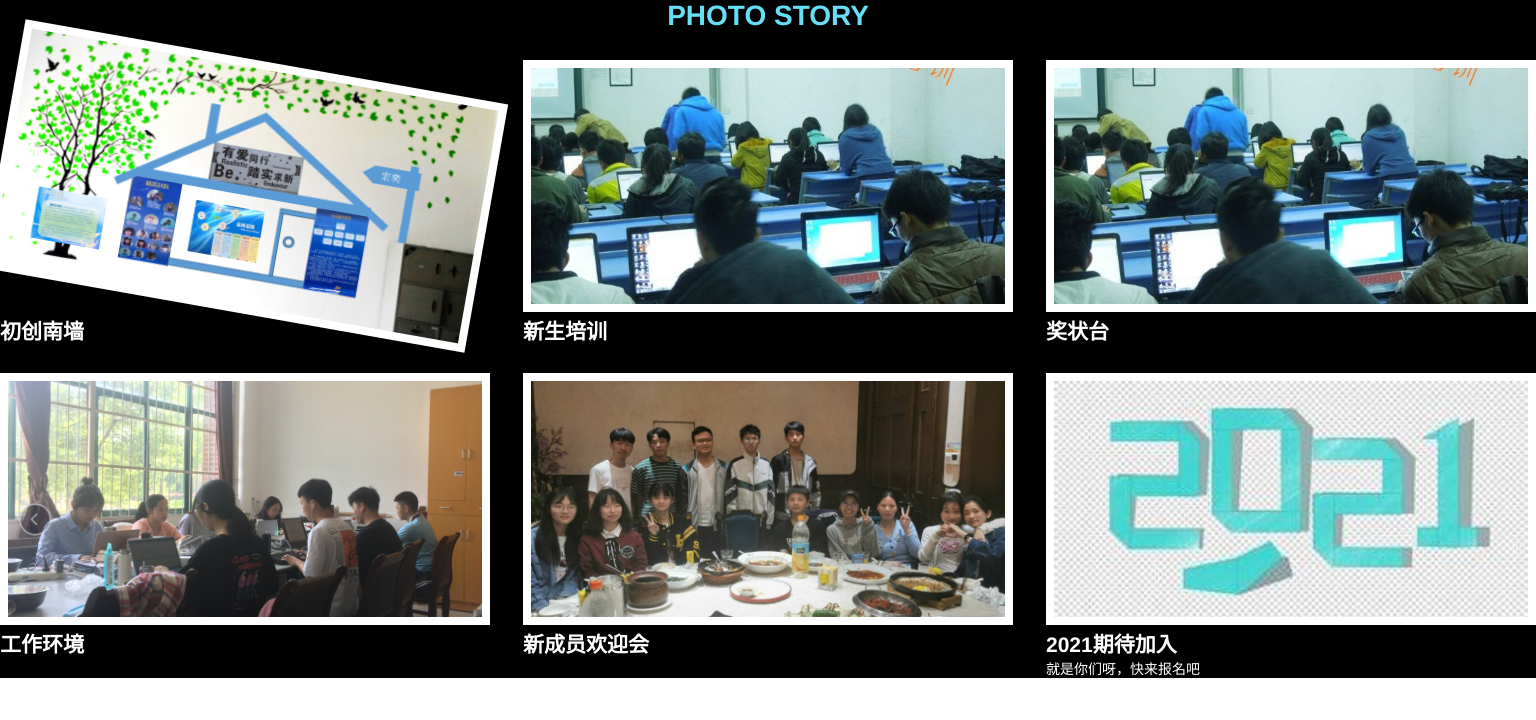
Repository: Homyit20/website
Page: /#/photo
These files come from the project's save history. The page is drawn as it stood at one moment and after the next save; the edit follows.
The browser window is 1536 px wide. The pictures show the whole page.
The project was rebuilt for these pictures with package versions that can differ from the ones it lists, and the page was loaded fresh each time. Also part of the build but not shown: vue.config.js.

Above is the page before, as saved 2021-08-10 15:33:57.

### public/index.html
<!DOCTYPE html>
<html lang="">
  <head>
    <meta charset="utf-8">
    <meta http-equiv="X-UA-Compatible" content="IE=edge">
    <meta name="viewport" content="width=device-width,initial-scale=1.0">
    <link rel="icon" href="<%= BASE_URL %>favicon.ico">
    <!-- <title><%= htmlWebpackPlugin.options.title %></title> -->
    <title><%= htmlWebpackPlugin.options.title %></title>
    <style>
      *{
        cursor: url("火箭.ico"),auto;
      }
      .body{
        overflow-x: hidden;
      }
    </style>
  </head>
  <body class="body">
    <noscript>
      <strong>We're sorry but <%= htmlWebpackPlugin.options.title %> doesn't work properly without JavaScript enabled. Please enable it to continue.</strong>
    </noscript>
    <div id="app"></div>
    <!-- built files will be auto injected -->
  </body>
</html>

### src/main.js
import Vue from 'vue'
import App from './App.vue'
import router from './router'
import store from './store'
// import VueCookies from 'vue-cookies'
// import axios from 'axios'
// import VueAxios from 'vue-axios'
import 'animate.css/animate.min.css'
// Vue.use(VueCookies)
// Vue.use(VueAxios, axios);

Vue.config.productionTip = false

new Vue({
  router,
  store,
  render: h => h(App),
}).$mount('#app')

//报名成功或者已报名才可进入二维码页面
router.beforeEach((to, from, next) => {
  //路由导航
  if (to.meta.islogin) {

    if (store.state.success == 1) {
      next()
    } else {
      next({
        path: from.path
      })
    }
  } else {

    if (to.meta.islogin) {
      if (store.state.success == 1) {
        next()
      } else {
        next({
          path: from.path
        })
      }
    } else {
      next()
    }
  }
})
window.onload = function(){
  document.title = "HOMYIT STUDIO"
}

### src/App.vue
<template>
  <div id="app">
    <router-view></router-view>
  </div>
</template>

<script>
// import NavBar from "./components/enter/enter.vue"
export default {
  name: "App"
};
</script>

<style>
* {
  margin: 0;
  padding: 0;
  box-sizing: border-box;
}
html {
  font-size: 14px;
}
#app {
  font-family: Avenir, Helvetica, Arial, sans-serif;
}
</style>

### src/router/index.js
import Vue from 'vue'
import VueRouter from 'vue-router'

Vue.use(VueRouter);

const routes = [
    {
        path: '/',
        redirect: '/enter',
        meta : {
            title : 'enter'
        }
    },
    {
        path: '/technique',
        component: () => import('../views/technique.vue'),
        meta : {
            title : 'technique'
        }
    },
    {
        path: '/develop',
        component: () => import('../views/develop.vue'),
        meta : {
            title : 'develop'
        }
    },
    {
        path: '/enter',
        component: () => import('../views/enter.vue'),
        meta : {
            title : 'enter'
        }
    },
    {
        path: '/login',
        component: () => import('../views/login.vue'),
        redirect: '/login/loginform',
        children: [{
            path: '/login/loginform',
            component: () => import('../components/content/loginform.vue'),
            meta : {
                title : 'login'
            }
        },
        {
            path: '/login/contact',
            component: () => import('../components/content/contact.vue'),
            meta: {
                islogin: true,
                title : 'contact'
            }
        }
        ]
    },
    {
        path: '/home',
        component: () => import('../views/Home.vue'),
        meta : {
            title : 'home'
        }
    }, {
        path: '/background',
        component: () => import('../views/background.vue'),
        meta : {
            title : 'background'
        }
    },
    {
        path : '/photo',
        component : () => import('../views/photo.vue')
    }
]

const router = new VueRouter({
    routes
})

export default router;

### src/store/index.js
import Vue from 'vue'
import Vuex from 'vuex'

Vue.use(Vuex)

const store = new Vuex.Store({
    state : {
        success : 0,
        isnav : false
    },
    mutations : {
        judge(state){
            state.success = 1
        }
    }
})

export default store;

### src/views/photo.vue
<template>
  <div class="photos-back">
    <h1>PHOTO STORY</h1>
    <div class="photo-content">
      <div class="photo-content-img">
        <img src="../assets/techlogin/images/南墙.png" class="photo-animate-one our-photo" @click="changephoto(0)">
        <h2>初创南墙</h2>
        <p></p>
      </div>
      <div class="photo-content-img">
        <img src="../assets/techlogin/images/新生培训.jpg" class="our-photo" @click="changephoto(1)">
        <h2>新生培训</h2>
        <p></p>
      </div>
      <div class="photo-content-img">
        <img src="../assets/techlogin/images/新生培训.jpg" class="our-photo" @click="changephoto(2)">
        <h2>奖状台</h2>
        <p></p>
      </div>
      <div class="photo-content-img">
        <img src="../assets/techlogin/images/工作环境.png" class="our-photo" @click="changephoto(3)">
        <h2>工作环境</h2>
        <p></p>
      </div>
      <div class="photo-content-img">
        <img src="../assets/techlogin/images/2020.jpg" class="our-photo" @click="changephoto(4)">
        <h2>新成员欢迎会</h2>
        <p></p>
      </div>
      <div class="photo-content-img">
        <img src="../assets/techlogin/images/2021.jpg" @click="phototojoin()">
        <h2>2021期待加入</h2>
        <p>就是你们呀，快来报名吧</p>
      </div>
    </div>
  </div>
</template>

<script>
  let photobefore = 0;
  export default {
    name : 'photo',
    methods:{
      changephoto(value){
        let ourphoto = document.getElementsByClassName('our-photo');
        ourphoto[0].classList.remove('photo-animate-one');
        ourphoto[photobefore].classList.remove('photo-animate-one');
        ourphoto[value].classList.add('photo-animate-one');
        photobefore = value;
      },
      phototojoin(){
      this.$router.push({
        path : '/login/loginform'
      })
    }
    }
  }
</script>

<style>
.photos-back{
  width: 100vw;
  background-color: #000;
  display: flex;
  flex-direction: column;
  align-items: center;
  color: #65dff5;
}
.photo-content{
  display: flex;
  justify-content: space-between;
  flex-wrap: wrap;
}
.photo-content-img{
  margin-top: 2rem;
  color: #fff;
}
.photo-content-img img{
  border: 8px solid #fff;
  width: 26rem;
  height: 15rem;
  object-fit: cover;
}
  .photo-animate-one{
    border: 8px solid #65dff5;
    animation: photoone 2s infinite ease-in-out;
  }
/* 动画 */
@keyframes photoone {
  0%{
    transform: rotate(0deg);
  }
  50%{
    transform: rotate(10deg);
  }
  100%{
    transform: rotate(0deg);
  }
}


@media screen and (max-width : 500px){
  .photo-content{
    display: flex;
    flex-direction: column;
    align-items: center;
 }
   .photo-content-img img{
    width: 22rem;
    height: 12rem;
  }
}
@media screen and (min-width: 1500px){
  .photo-content-img img{
    width: 35rem;
    height: 18rem;
  }
}
</style>

After the next save:
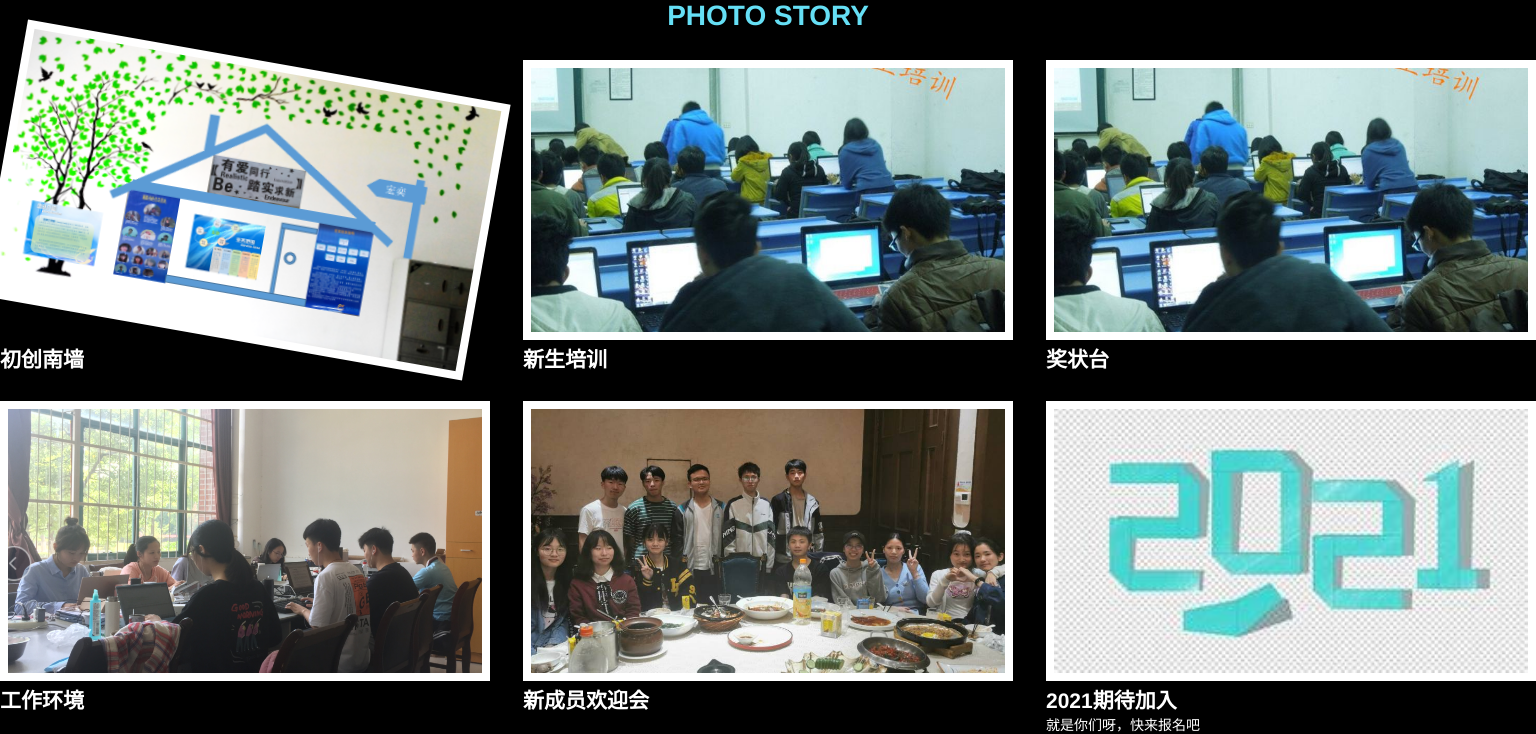
Saved 13 s later.
--- a/src/views/photo.vue
+++ b/src/views/photo.vue
@@ -113,7 +113,7 @@
 @media screen and (min-width: 1500px){
   .photo-content-img img{
     width: 35rem;
-    height: 18rem;
+    height: 20rem;
   }
 }
 </style>
